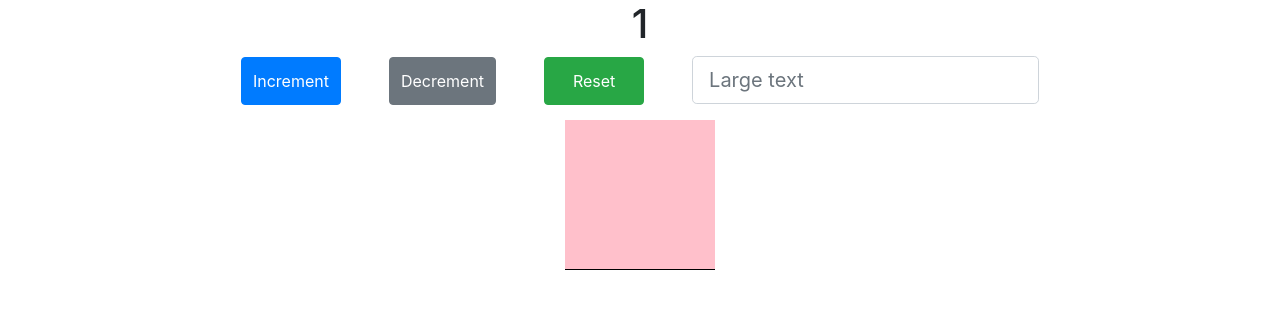
Repository: tts2610/redux-counter
Page: /
The author's editor kept a copy of each file at every save. The page is drawn from the files as they stood at one save, then again after the next save.
The browser window is 1280 px wide. The pictures show the whole page.
The project was rebuilt for these pictures with package versions that can differ from the ones it lists, and the page was loaded fresh each time.

Above is the page before, as saved 2020-06-09 16:15:16.

After the next save:
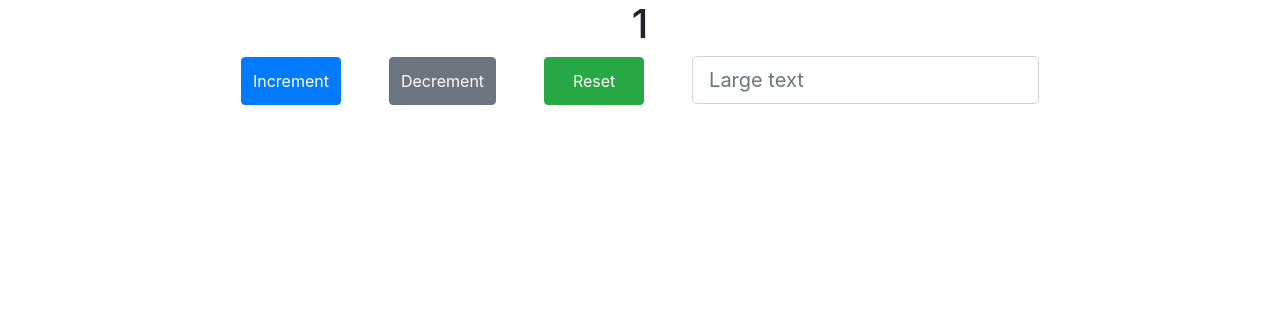
Saved 106 s later.
--- a/src/App.js
+++ b/src/App.js
@@ -87,7 +87,7 @@ function App() {
           />
         </Form.Group>
       </div>
-      {Array(count).fill(
+      {/* {Array(count).fill(
         <div
           style={{
             width: "150px",
@@ -97,18 +97,9 @@ function App() {
             borderBottom: "1px solid black",
           }}
         >
-          {/* <Form.Group>
-            <Form.Control
-              size="lg"
-              onChange={(e) =>
-                dispatch({ type: "CHANGECOLOR", payload: e.target.value })
-              }
-              type="text"
-              placeholder="Large text"
-            />
-          </Form.Group> */}
         </div>
-      )}
+      )} */}
+      {divList}
     </div>
   );
 }
